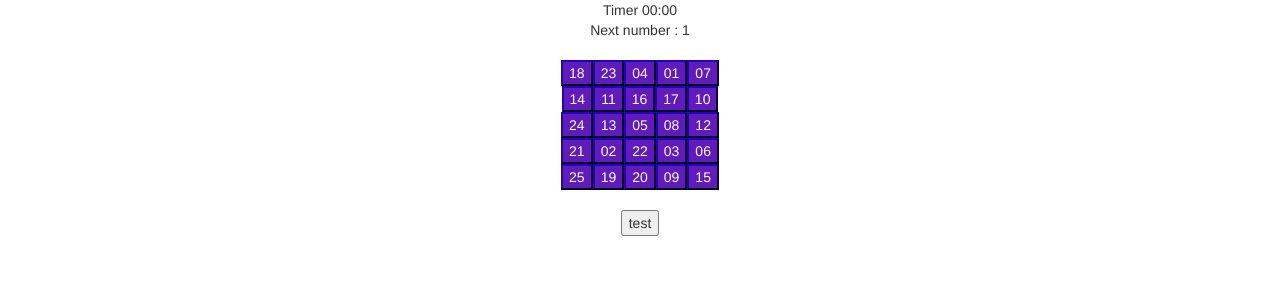
Repository: mikelily/lab
Page: oneTo25/game.2.html
The author's editor kept a record of every edit. The page is drawn from the files as they stood at one moment, then again after the next edit.
The browser window is 1280 px wide. The pictures show the whole page.

Above is the page before.

After the next edit:
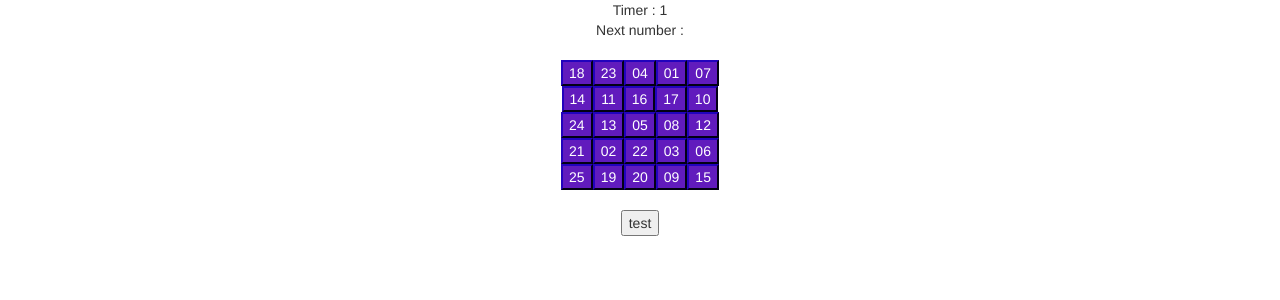
The edit:
--- a/oneTo25/game.2.html
+++ b/oneTo25/game.2.html
@@ -50,7 +50,10 @@
     </head>
     <body>
         <center>
-            <div> Timer 00:00</div>
+            <div ="timerS">
+                <text>Timer : </text>
+                <text id="nextN"></text>
+            </div>
             <!--<canvas id="canvas" width=300 height=300></canvas>-->
             <div>
                 <text>Next number : </text>
